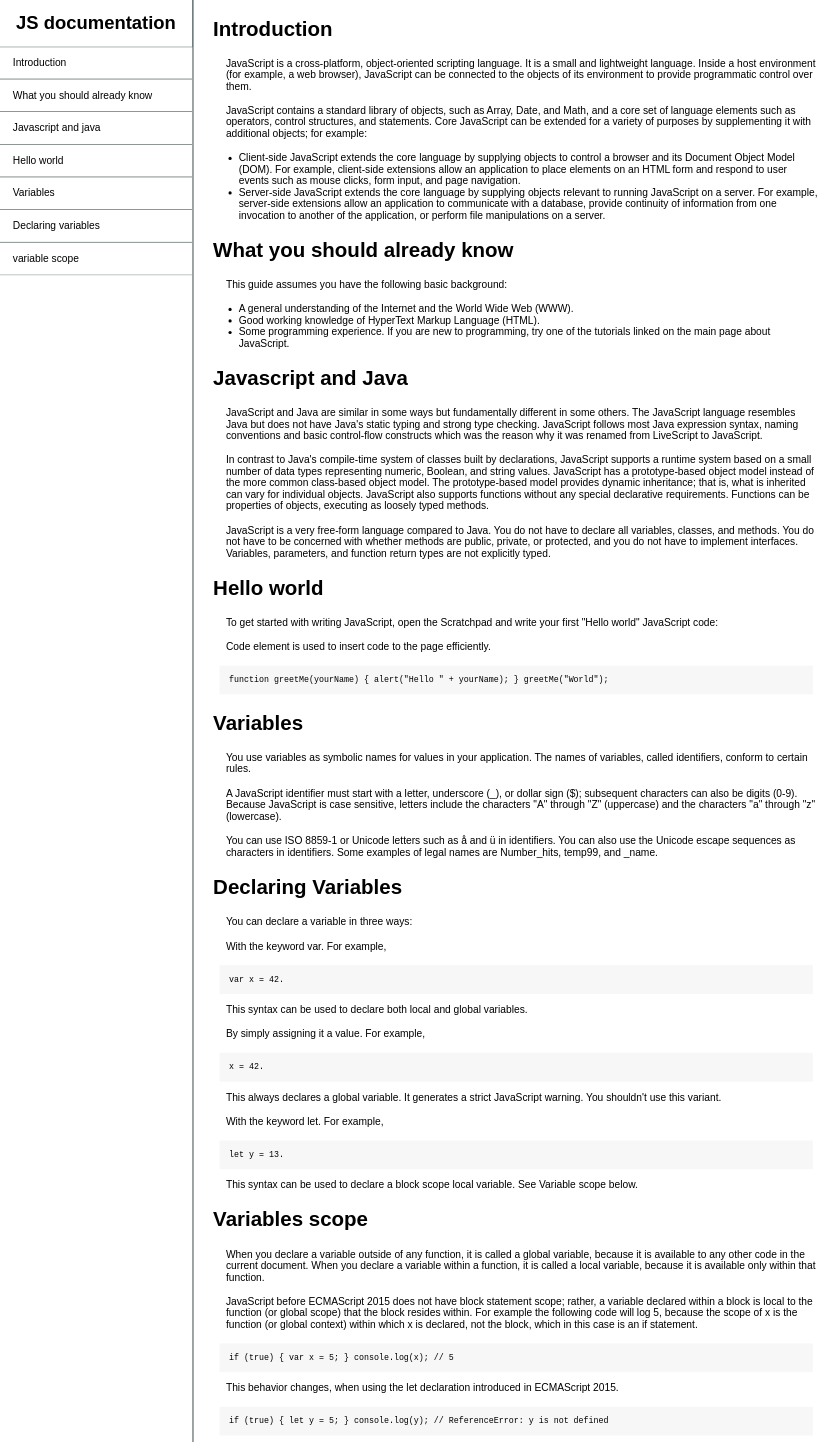
Repository: Pafestivo/Technical-documentation
Page: index.html
The author's editor kept a copy of each file at every save. The page is drawn from the files as they stood at one save, then again after the next save.
The browser window is 1280 px wide. The pictures show the whole page, at 64% of full size.

Above is the page before, as saved 2022-09-07 14:26:27.

After the next save:
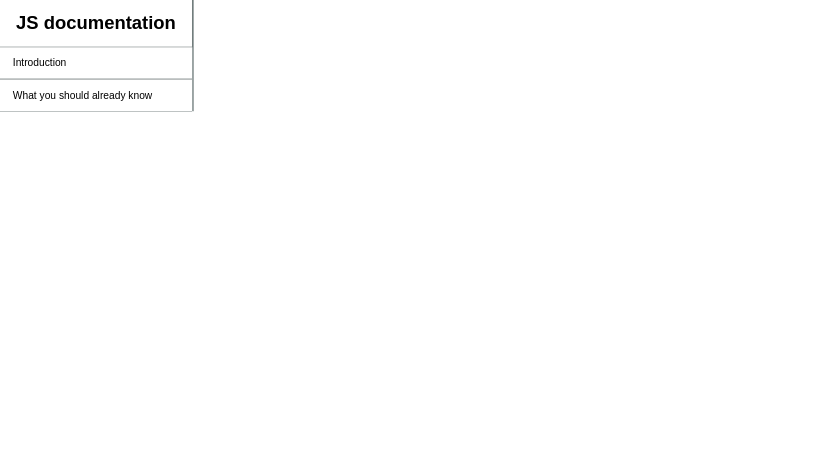
Saved 13 min 12 s later.
--- a/index.html
+++ b/index.html
@@ -14,112 +14,10 @@
     <ul>
       <li><a id="nav-link" href="#introduction">Introduction</a></li>
       <li><a id="nav-link" href="#what_you_should_already_know">What you should already know</a></li>
-      <li><a id="nav-link" href="#javascript_and_Java">Javascript and java</a></li>
-      <li><a id="nav-link" href="#hello_world">Hello world</a></li>
-      <li><a id="nav-link" href="#variables">Variables</a></li>
-      <li><a id="nav-link" href="#declaring_variables">Declaring variables</a></li>
-      <li><a id="nav-link" href="#variable_scope">variable scope</a></li>
+
     </ul>
   </nav>
   <main id="main-doc">
-    <section id="introduction" class="main-section">
-      <h1>Introduction</h1>
-
-      <p>JavaScript is a cross-platform, object-oriented scripting language. It is a small and lightweight language. Inside a host environment (for example, a web browser), JavaScript can be connected to the objects of its environment to provide programmatic control over them.</p>
-
-      <p>JavaScript contains a standard library of objects, such as Array, Date, and Math, and a core set of language elements such as operators, control structures, and statements. Core JavaScript can be extended for a variety of purposes by supplementing it with additional objects; for example:</p>
-
-      <ul>
-        <li>Client-side JavaScript extends the core language by supplying objects to control a browser and its Document Object Model (DOM). For example, client-side extensions allow an application to place elements on an HTML form and respond to user events such as mouse clicks, form input, and page navigation.</li>
-        <li>Server-side JavaScript extends the core language by supplying objects relevant to running JavaScript on a server. For example, server-side extensions allow an application to communicate with a database, provide continuity of information from one invocation to another of the application, or perform file manipulations on a server.</li>
-      </ul>
-    </section>
-
-    <section id="what_you_should_already_know" class="main-section">
-        <h1>What you should already know</h1>
-
-        <p>This guide assumes you have the following basic background:</p>
-
-        <ul>
-          <li>A general understanding of the Internet and the World Wide Web (WWW).</li>
-          <li>Good working knowledge of HyperText Markup Language (HTML).</li>
-          <li>Some programming experience. If you are new to programming, try one of the tutorials linked on the main page about JavaScript.</li>
-        </ul>
-      </section>
-
-      <section id="javascript_and_Java" class="main-section">
-        <h1>Javascript and Java</h1>
-
-        <p>JavaScript and Java are similar in some ways but fundamentally different in some others. The JavaScript language resembles Java but does not have Java's static typing and strong type checking. JavaScript follows most Java expression syntax, naming conventions and basic control-flow constructs which was the reason why it was renamed from LiveScript to JavaScript.</p>
-
-        <p>In contrast to Java's compile-time system of classes built by declarations, JavaScript supports a runtime system based on a small number of data types representing numeric, Boolean, and string values. JavaScript has a prototype-based object model instead of the more common class-based object model. The prototype-based model provides dynamic inheritance; that is, what is inherited can vary for individual objects. JavaScript also supports functions without any special declarative requirements. Functions can be properties of objects, executing as loosely typed methods.</p>
-
-        <p>JavaScript is a very free-form language compared to Java. You do not have to declare all variables, classes, and methods. You do not have to be concerned with whether methods are public, private, or protected, and you do not have to implement interfaces. Variables, parameters, and function return types are not explicitly typed.</p>
-      </section>
-
-      <section id="hello_world" class="main-section">
-        <h1>Hello world</h1>
-        <p>To get started with writing JavaScript, open the Scratchpad and write your first "Hello world" JavaScript code:</p>
-
-        <p>Code element is used to insert code to the page efficiently.</p>
-        <code>
-            function greetMe(yourName) { alert("Hello " + yourName); }
-            greetMe("World");
-        </code>
-      </section>
-
-      <section id="variables" class="main-section">
-        <h1>Variables</h1>
-
-        <p>You use variables as symbolic names for values in your application. The names of variables, called identifiers, conform to certain rules.</p>
-
-        <p>A JavaScript identifier must start with a letter, underscore (_), or dollar sign ($); subsequent characters can also be digits (0-9). Because JavaScript is case sensitive, letters include the characters "A" through "Z" (uppercase) and the characters "a" through "z" (lowercase).</p>
-
-        <p>You can use ISO 8859-1 or Unicode letters such as å and ü in identifiers. You can also use the Unicode escape sequences as characters in identifiers. Some examples of legal names are Number_hits, temp99, and _name.</p>
-      </section>
-
-      <section id="declaring_variables" class="main-section">
-        <h1>Declaring Variables</h1>
-
-        <p>You can declare a variable in three ways:</p>
-
-        <p>With the keyword var. For example,</p>
-        <code>
-            var x = 42.
-        </code>
-
-        <p>This syntax can be used to declare both local and global variables.</p>
-
-        <p>By simply assigning it a value. For example,</p>
-        <code>
-            x = 42.
-        </code>
-
-        <p>This always declares a global variable. It generates a strict JavaScript warning. You shouldn't use this variant.</p>
-
-        <p>With the keyword let. For example,</p>
-        <code>
-            let y = 13.
-        </code>
-
-        <p>This syntax can be used to declare a block scope local variable. See Variable scope below.</p>
-      </section>
-
-      <section id="variable_scope" class="main-section">
-        <h1>Variables scope</h1>
-
-        <p>When you declare a variable outside of any function, it is called a global variable, because it is available to any other code in the current document. When you declare a variable within a function, it is called a local variable, because it is available only within that function.</p>
-
-        <p>JavaScript before ECMAScript 2015 does not have block statement scope; rather, a variable declared within a block is local to the function (or global scope) that the block resides within. For example the following code will log 5, because the scope of x is the function (or global context) within which x is declared, not the block, which in this case is an if statement.</p>
-        <code>
-            if (true) { var x = 5; } console.log(x); // 5
-        </code>
-
-        <p>This behavior changes, when using the let declaration introduced in ECMAScript 2015.</p>
-        <code>
-            if (true) { let y = 5; } console.log(y); // ReferenceError: y is
-not defined
-        </code>
   </main>
 
 </body>
